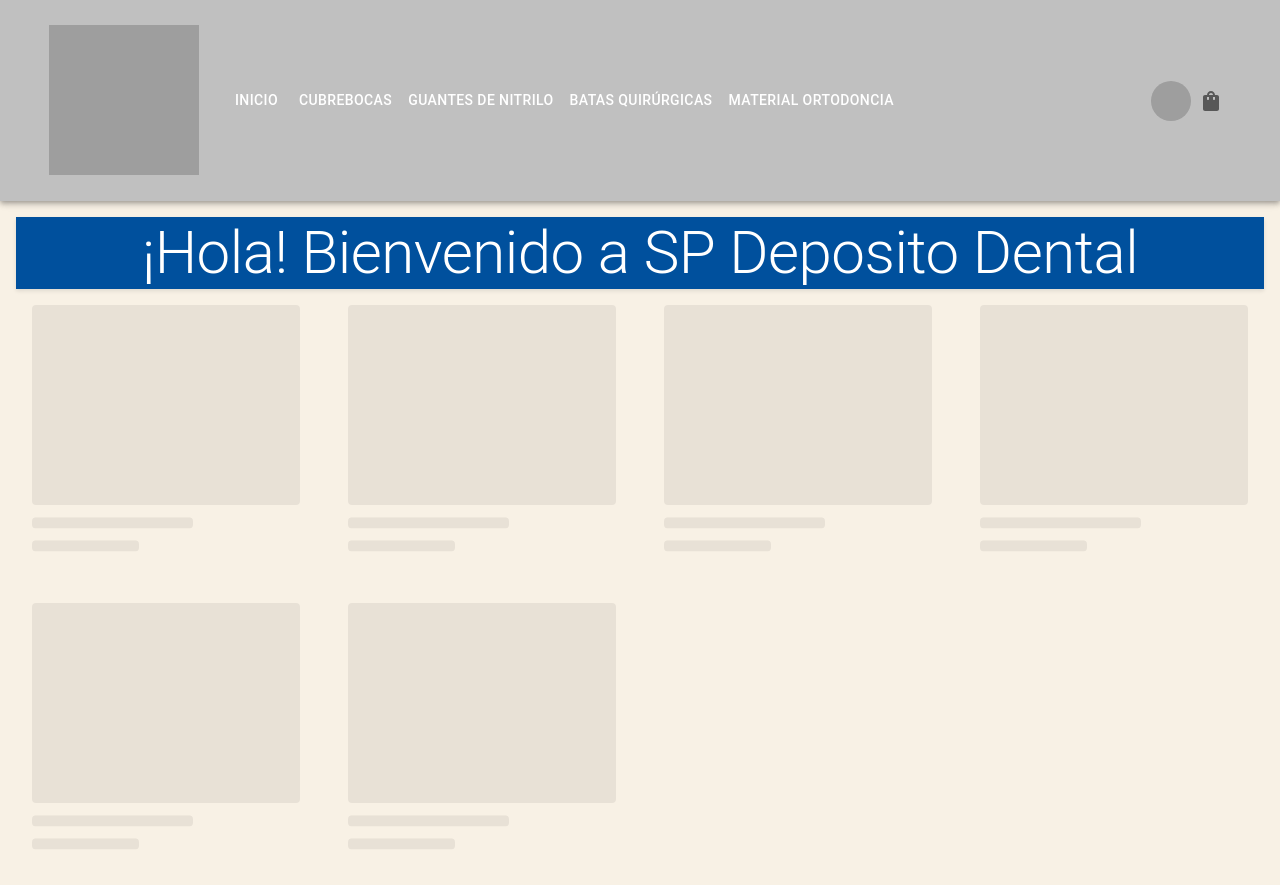
Repository: SebastianPineiro10/ecommerce-coderhouse
Page: /
The author's editor kept a copy of each file at every save. The page is drawn from the files as they stood at one save, then again after the next save.
The browser window is 1280 px wide. The pictures show the whole page.
The pointer rests on the first visible `.welcome-title`.
Pictures or frames that could not be fetched are drawn as grey boxes. The page's requests for data from a server got no answer. The project was rebuilt for these pictures with package versions that can differ from the ones it lists, and the page was loaded fresh each time. No one was signed in, and anything a server would have sent is missing. Also part of the build but not shown: vite.config.js, src/components/common/card/productcard.css, src/components/common/card/ProductCard.jsx, src/components/pages/ItemListContainer/ItemList.jsx, src/components/pages/ItemDetail/ItemDetail.jsx, src/components/pages/ItemDetail/ItemDetailContainer.jsx, src/components/pages/cart/CartContainer.jsx, src/components/pages/checkout/Checkout.jsx and 1 more.

Above is the page before, as saved 2024-11-18 22:38:27.

After the next save:
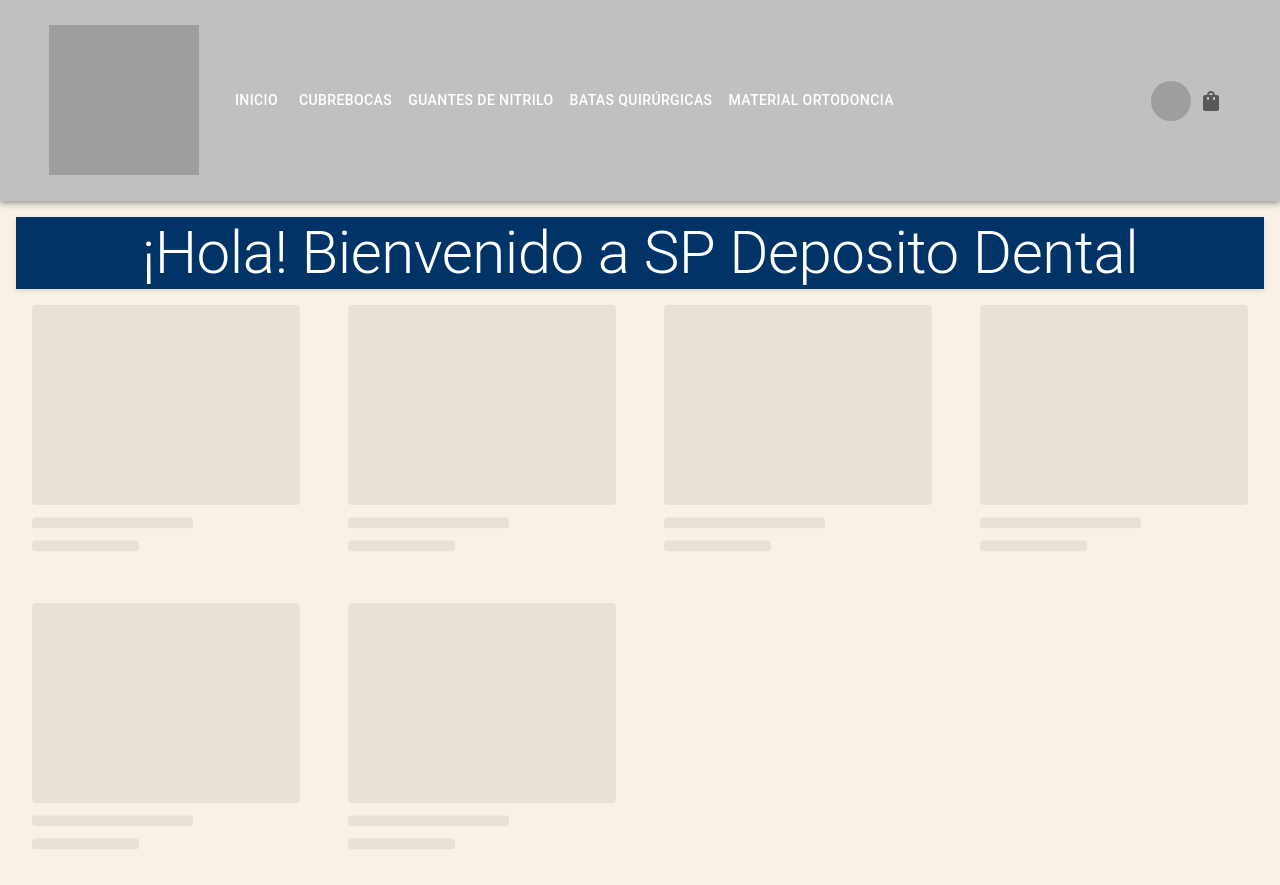
Saved 15 s later.
--- a/src/components/pages/ItemListContainer/ItemListContainer.css
+++ b/src/components/pages/ItemListContainer/ItemListContainer.css
@@ -18,6 +18,6 @@
 
   /* Efecto de hover sutil, solo si quieres hacerlo más interactivo */
   .welcome-title:hover {
-    background-color: #00509d; /* Un azul más claro al pasar el mouse */
+    /* Un azul más claro al pasar el mouse */
     cursor: pointer; /* Cambia el cursor para indicar interactividad */
   }
